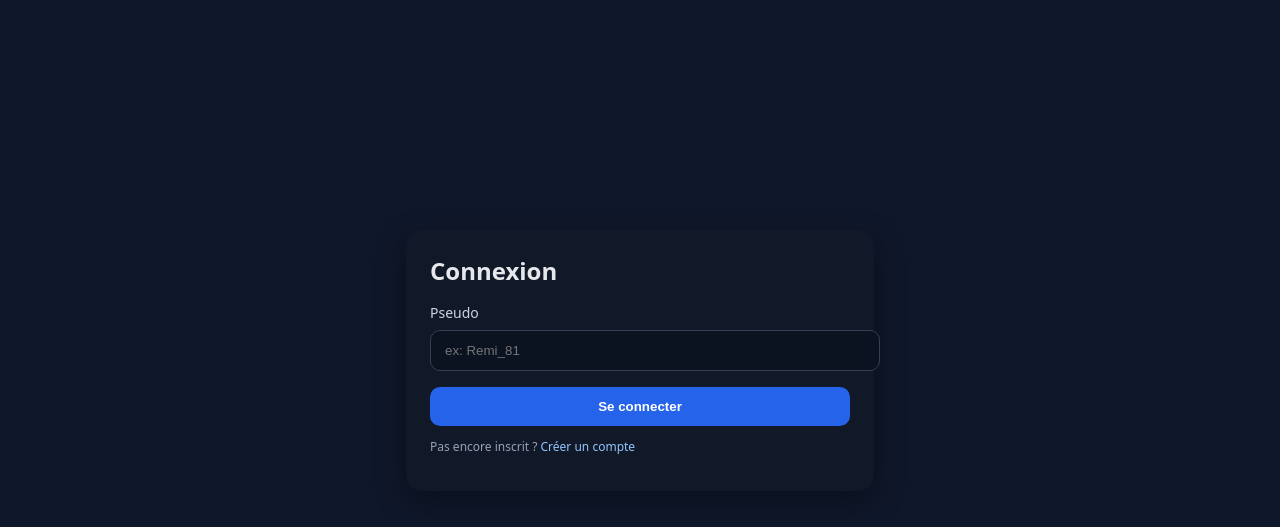
Repository: remi77130/loi-direct
Page: http://localhost/loi/login.php
These files come from the project's save history. The page is drawn as it stood at one moment and after the next save; the edit follows.
The browser window is 1280 px wide. The pictures show the whole page.
The page is run by PHP 8.4 with error messages shown; the project is at /var/www/html/.

Above is the page before, as saved 2025-09-23 13:57:14.

### login.php
<?php
// login.php
declare(strict_types=1);
session_start();
require __DIR__ . '/db.php';
require __DIR__ . '/config.php'; // <-- manquait

// déjà connecté ? -> home
if (!empty($_SESSION['user_id'])) {
  header('Location: ' . rtrim(APP_BASE, '/') . '/index.php', true, 303);
  exit;
}

if (empty($_SESSION['csrf'])) {
  $_SESSION['csrf'] = bin2hex(random_bytes(16));
}

$errors = [];
$blocked = false;

// rate-limit simple (session)
$fail_count = $_SESSION['login_fail_count'] ?? 0;
$fail_until = $_SESSION['login_fail_until'] ?? 0;
if ($fail_until > time()) {
  $blocked = true;
  $errors[] = 'Trop d\'échecs. Réessaie plus tard.';
}

if ($_SERVER['REQUEST_METHOD'] === 'POST' && !$blocked) {
  $csrf = $_POST['csrf'] ?? '';
  if (!hash_equals($_SESSION['csrf'] ?? '', $csrf)) {
    $errors[] = "Session expirée. Recharge la page.";
  } else {
    $pseudo = mb_substr(trim((string)($_POST['pseudo'] ?? '')), 0, 20);
    $password = (string)($_POST['password'] ?? '');

    if ($pseudo === '' || $password === '') {
      $errors[] = 'Identifiants manquants.';
    } else {
      $stmt = $mysqli->prepare('SELECT id, password_hash FROM users WHERE pseudo = ? LIMIT 1');
      $stmt->bind_param('s', $pseudo);
      $stmt->execute();
      $res = $stmt->get_result();
      $row = $res->fetch_assoc();
      $stmt->close();

      if ($row && is_string($row['password_hash']) && password_verify($password, $row['password_hash'])) {
        // rehash si nécessaire (changement d’algo/cost)
        if (password_needs_rehash($row['password_hash'], PASSWORD_DEFAULT)) {
          $new = password_hash($password, PASSWORD_DEFAULT);
          $up = $mysqli->prepare('UPDATE users SET password_hash=? WHERE id=?');
          $uid = (int)$row['id'];
          $up->bind_param('si', $new, $uid);
          $up->execute();
          $up->close();
        }

        session_regenerate_id(true);
        $_SESSION['user_id'] = (int)$row['id'];
        $_SESSION['pseudo']  = $pseudo;

        unset($_SESSION['login_fail_count'], $_SESSION['login_fail_until']);

        header('Location: ' . rtrim(APP_BASE, '/') . '/index.php', true, 303);
        exit;
      } else {
        $errors[] = 'Pseudo ou mot de passe invalide.';
        // incrément échecs
        $fail_count++;
        $_SESSION['login_fail_count'] = $fail_count;
        if ($fail_count >= 5) {
          $_SESSION['login_fail_until'] = time() + 15 * 60; // 15 min
        }
        // micro-delay anti brute-force
        usleep(200000); // 200ms
      }
    }
  }
}
?>
<!doctype html>
<html lang="fr">
<head>
<meta charset="utf-8"><meta name="viewport" content="width=device-width, initial-scale=1">
<title>Connexion — Loi Direct</title>
<style>
  :root{font-family:system-ui,Segoe UI,Roboto,Arial,sans-serif}
  body{background:#0f172a;color:#e5e7eb;display:flex;min-height:100vh;align-items:center;justify-content:center;margin:0}
  .card{background:#111827;padding:24px;border-radius:16px;width:100%;max-width:420px;box-shadow:0 10px 30px rgba(0,0,0,.35)}
  h1{margin:0 0 16px;font-size:24px}
  label{display:block;font-size:14px;margin-bottom:8px;color:#cbd5e1}
  input{width:100%;padding:12px 14px;border-radius:10px;border:1px solid #334155;background:#0b1220;color:#e5e7eb}
  .btn{width:100%;margin-top:16px;padding:12px;border:none;border-radius:10px;background:#2563eb;color:#fff;font-weight:600;cursor:pointer}
  .errors{background:#7f1d1d;color:#fecaca;padding:10px;border-radius:8px;margin-bottom:12px}
  a{color:#93c5fd;text-decoration:none}
</style>
</head>
<body>
<div class="card">
  <h1>Connexion</h1>
  <?php if ($errors): ?><div class="errors"><?php foreach ($errors as $e) echo '<div>'.htmlspecialchars($e,ENT_QUOTES).'</div>';?></div><?php endif; ?>
  <form method="post">
    <label for="pseudo">Pseudo</label>
    <input id="pseudo" name="pseudo" required minlength="3" maxlength="20" pattern="[A-Za-z0-9_]{3,20}" placeholder="ex: Remi_81">
    <button class="btn" type="submit">Se connecter</button>
  </form>
  <p style="margin-top:12px;font-size:12px;color:#94a3b8">Pas encore inscrit ? <a href="register.php">Créer un compte</a></p>
</div>
</body>
</html>

### db.php
<?php
// db.php Ignore db.php (dans .gitignore) s’il contient identifiants.
declare(strict_types=1);

const DB_HOST = '127.0.0.1';
const DB_NAME = 'loi_direct';
const DB_USER = 'root';
const DB_PASS = ''; // XAMPP par défaut

$mysqli = new mysqli(DB_HOST, DB_USER, DB_PASS, DB_NAME);
if ($mysqli->connect_errno) {
    http_response_code(500);
    exit('Erreur BDD: '.$mysqli->connect_error);
}
$mysqli->set_charset('utf8mb4');

### config.php
<?php
declare(strict_types=1);
define('APP_BASE', rtrim(dirname($_SERVER['PHP_SELF']), '/\\')); // ex: /loi
define('PROJECT_PAGE', 'project.php'); // unique



function random_punchline(string $pseudo): string { // Phrase dacceuil
  $lines = [
    "Bienvenue {pseudo} ! Ton compte est chaud bouillant 🔥",
    "C’est signé {pseudo}. On est bien 👌",
    "{pseudo}, t’es dans la place. Let’s go 🚀",
    "Bienvenue {pseudo} ! À toi de jouer ⚖️",
    "Inscription validée, — ma p’tite gueule ! 😎",
    "On t’attendait {pseudo} ! Fais-nous rêver ✍️",
    "{pseudo}, le peuple compte sur toi 💪",
    "Own the feed, {pseudo} ! 🏛️",
  ];
  $i = random_int(0, count($lines)-1);
  return strtr($lines[$i], ['{pseudo}' => $pseudo]);
}



/** Slugify : "Éxemple de Titre !" -> "exemple-de-titre" */
function slugify(string $text): string {
    $text = trim($text);

    if (function_exists('transliterator_transliterate')) {
        $text = transliterator_transliterate('Any-Latin; Latin-ASCII', $text);
    } else {
        $tmp = @iconv('UTF-8', 'ASCII//TRANSLIT//IGNORE', $text);
        if ($tmp !== false) $text = $tmp;
    }

    $text = preg_replace('~[^\pL\d]+~u', '-', $text);
    $text = trim($text, '-');
    $text = preg_replace('~[^-\w]+~', '', $text);
    $text = preg_replace('~-+~', '-', $text);
    return strtolower($text ?: 'projet');
}

function tag_slug(string $name): string { return slugify($name); }
function tag_url(string $slug): string { return APP_BASE . '/tag/' . rawurlencode($slug); }
function project_url(int $id, string $title): string {
    return APP_BASE . '/p/' . $id . '-' . rawurlencode(slugify($title));
}


// images
define('UPLOAD_DIR', __DIR__ . '/uploads');
define('UPLOAD_URL', APP_BASE . '/uploads');
define('UPLOAD_MAX_MB', 5);                        // 5 Mo par image
define('UPLOAD_MAX_FILES', 5);                     // max 5 images
define('UPLOAD_ALLOWED', ['image/jpeg','image/png','image/webp']);

    // Thumbnails
    define('THUMB_MAX_W', 480);
    define('THUMB_MAX_H', 480);

After the next save:
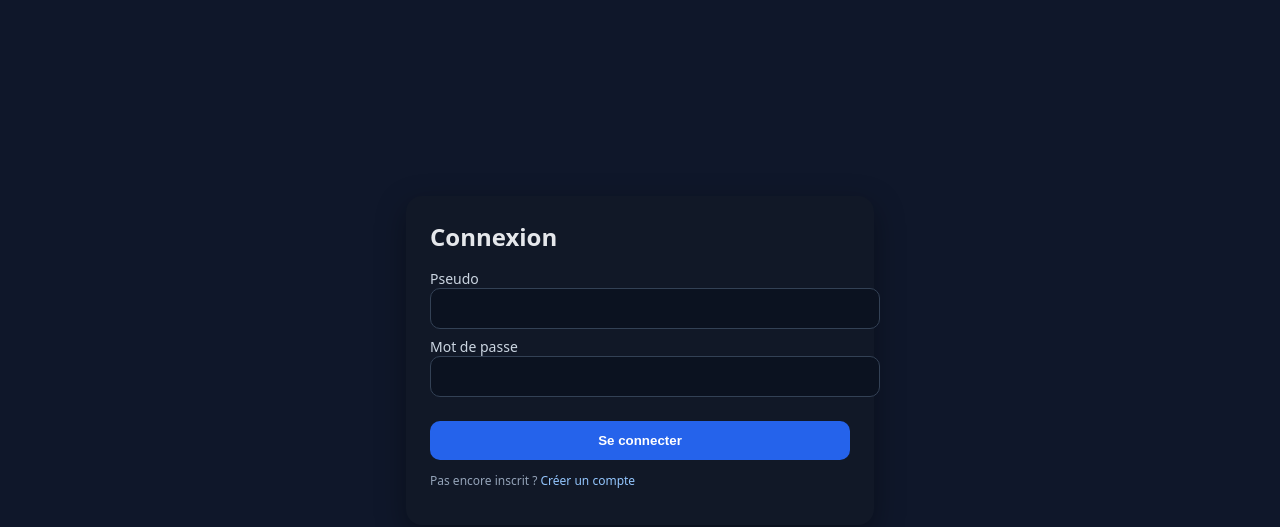
Saved 34 s later.
--- a/login.php
+++ b/login.php
@@ -99,10 +99,15 @@ if ($_SERVER['REQUEST_METHOD'] === 'POST' && !$blocked) {
 <div class="card">
   <h1>Connexion</h1>
   <?php if ($errors): ?><div class="errors"><?php foreach ($errors as $e) echo '<div>'.htmlspecialchars($e,ENT_QUOTES).'</div>';?></div><?php endif; ?>
-  <form method="post">
-    <label for="pseudo">Pseudo</label>
-    <input id="pseudo" name="pseudo" required minlength="3" maxlength="20" pattern="[A-Za-z0-9_]{3,20}" placeholder="ex: Remi_81">
-    <button class="btn" type="submit">Se connecter</button>
+  <form method="post" autocomplete="off" novalidate>
+    <input type="hidden" name="csrf" value="<?= htmlspecialchars($_SESSION['csrf'],ENT_QUOTES) ?>">
+    <label>Pseudo
+      <input type="text" name="pseudo" required minlength="3" maxlength="20" pattern="[A-Za-z0-9_]{3,20}">
+    </label>
+    <label>Mot de passe
+      <input type="password" name="password" required minlength="8" autocomplete="current-password">
+    </label>
+    <button class="btn" type="submit" <?= $blocked ? 'disabled' : '' ?>>Se connecter</button>
   </form>
   <p style="margin-top:12px;font-size:12px;color:#94a3b8">Pas encore inscrit ? <a href="register.php">Créer un compte</a></p>
 </div>
